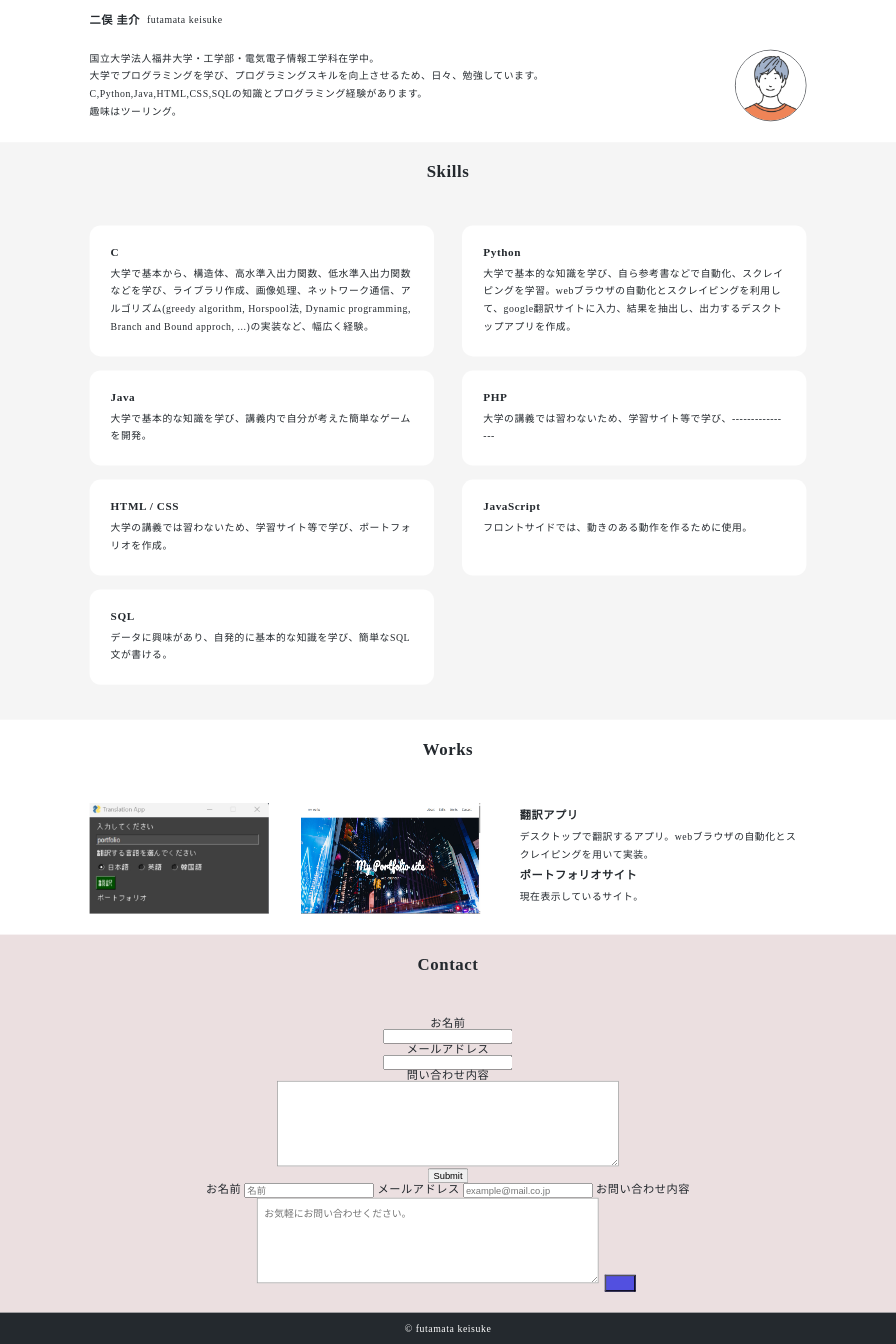
Repository: F-ksk/portfolio
Page: index.html
These files come from the project's save history. The page is drawn as it stood at one moment and after the next save; the edit follows.
The browser window is 1280 px wide. The pictures show the part of the page from y = 733 to 2653 px (the page is 2653 px tall before and 2498 px after), at 70% of full size.

Above is the page before, as saved 2023-06-29 23:40:30.

After the next save:
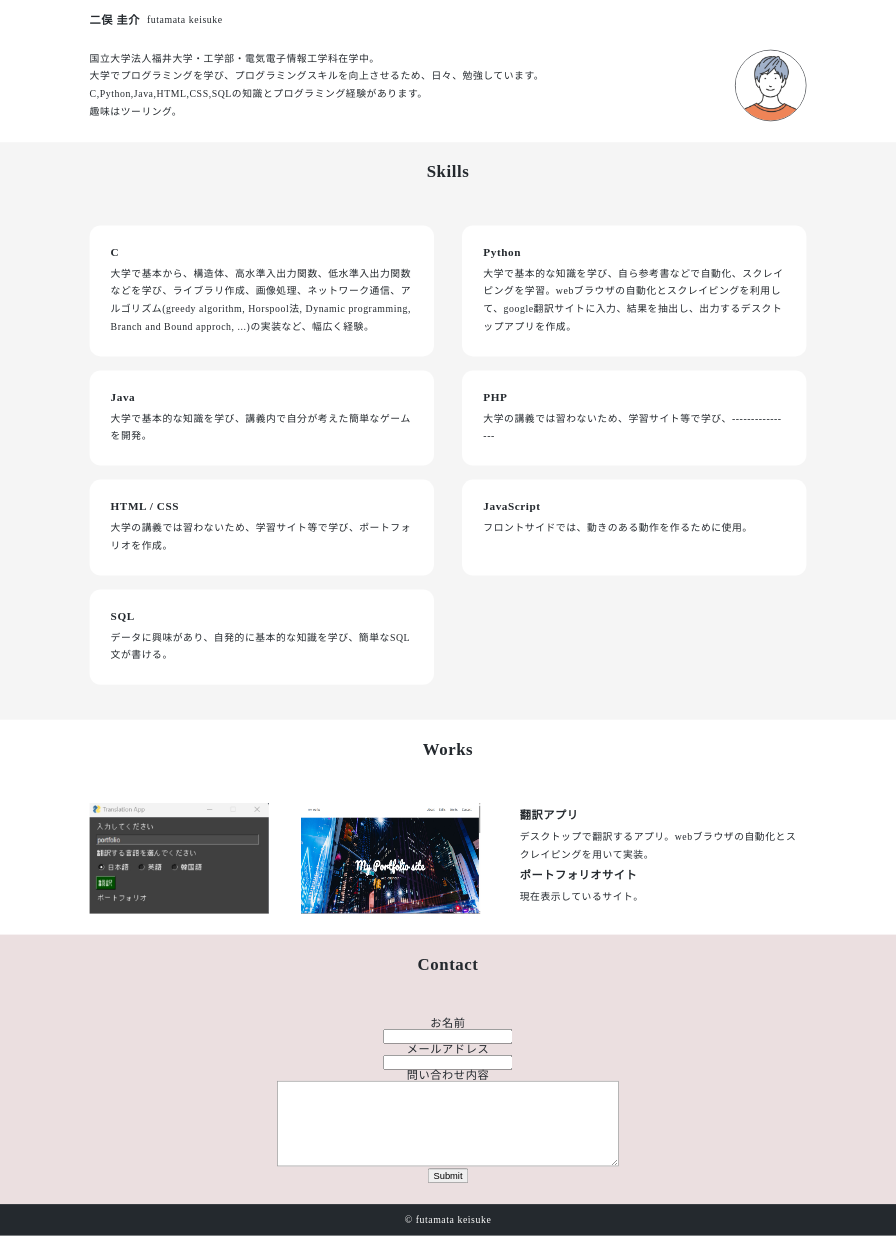
Saved 66 s later.
--- a/index.html
+++ b/index.html
@@ -107,13 +107,6 @@
                         <dd><textarea name="entry.{1422841443}" required class="g_form_text" id="entry.{1422841443}"></textarea></dd>
                       </dl>
                       <div class="button"><input type="submit" class="btbt"></div>
-                    <label for="name">お名前</label>
-                    <input id="name" type="text" name=&quotentry.1209985459" placeholder="名前">
-                    <label for="email">メールアドレス</label>
-                    <input id="email" type="text" name=&quotentry.1499214278" placeholder="example@mail.co.jp">
-                    <label for="msg">お問い合わせ内容</label>
-                    <textarea id="msg" name=&quotentry.1422841443" placeholder="お気軽にお問い合わせください。"></textarea>
-                    <button type="submit" name="button" value="送信"></button>
                 </form>
 
             </div>
